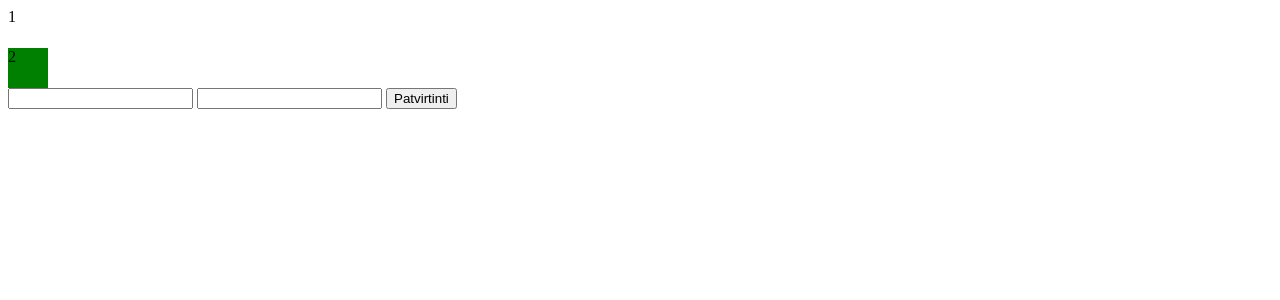
Repository: motiejus1/05-paskaita-JS-pataisyta
Page: index.html
The author's editor kept a copy of each file at every save. The page is drawn from the files as they stood at one save, then again after the next save.
The browser window is 1280 px wide. The pictures show the whole page.

Above is the page before, as saved 2021-06-14 11:36:52.

### index.html
<!DOCTYPE html>
<html lang="en">
<head>
    <meta charset="UTF-8">
    <meta http-equiv="X-UA-Compatible" content="IE=edge">
    <meta name="viewport" content="width=device-width, initial-scale=1.0">
    <title>5 paskaita </title>
    <style>
        .div-dydis {
            width: 40px;
            height: 40px;
            border
        }

        .zalias {
            background-color: green;
        }
    </style>
</head>
<body>

    <div class="container">
        <div class="div-dydis">1</div>
        <div class="div-dydis zalias">2</div>
    </div>


    <input type="text" class="inputas" id="kintamasis" />
    <input type="text" class="inputas" id="kintamasis1" />

    <button id="patvirtinti">Patvirtinti</button>

    <script src="script.js"></script>
</body>
</html>

### script.js
"use strict";

document.getElementById("patvirtinti").addEventListener("click", function() {
    let kintamasis, kintamasis1;
    let skaicius = 5;
    let suma;

    kintamasis = parseFloat(document.getElementById("kintamasis").value);
    kintamasis1 = parseFloat(document.getElementById("kintamasis1").value);

    suma = kintamasis + kintamasis1;



    // console.log(kintamasis );
    // console.log(kintamasis1 );
    // console.log(skaicius );
    // console.log(suma);
});

// 1 uzduotis
// let sekundes = 555555;
let sekundes = 48 * 3600 + 121 * 60 + 71; // 1 * 3600
let valandos, minutes, lsekundes;



// 3601 sekunde

// 1.x val - 1val
valandos = parseInt(sekundes/3600); //float -> integer

//visas minutes 3601 sekundziu = 60 min
//60.xxxx minuciu - 60 minuciu
minutes = parseInt(sekundes/60); //float -> integer; visos minutes sveikoji dalis

//3601 => 3601 - 60*60 = 1 sekunde
lsekundes = sekundes - minutes * 60;

//25
//true
//25 % 24 = 1
if(valandos >= 24) {
    valandos = valandos % 24;
}

if(minutes >= 60) {
    minutes = minutes % 60;
}

// console.log(valandos)
// console.log(minutes);
// console.log(lsekundes);

//Ciklai

//for ciklas


let zingsniai = 0;

for (let i=0; i<40; i++) {

    //


    console.log(i);
    zingsniai++;

}

console.log("Zingsniai: " + zingsniai);

After the next save:
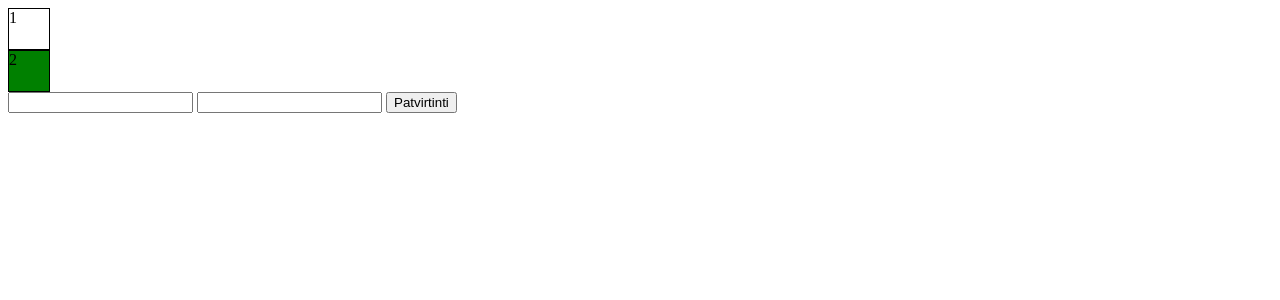
Saved 5 s later.
--- a/index.html
+++ b/index.html
@@ -9,7 +9,7 @@
         .div-dydis {
             width: 40px;
             height: 40px;
-            border
+            border: 1px solid black;
         }
 
         .zalias {
